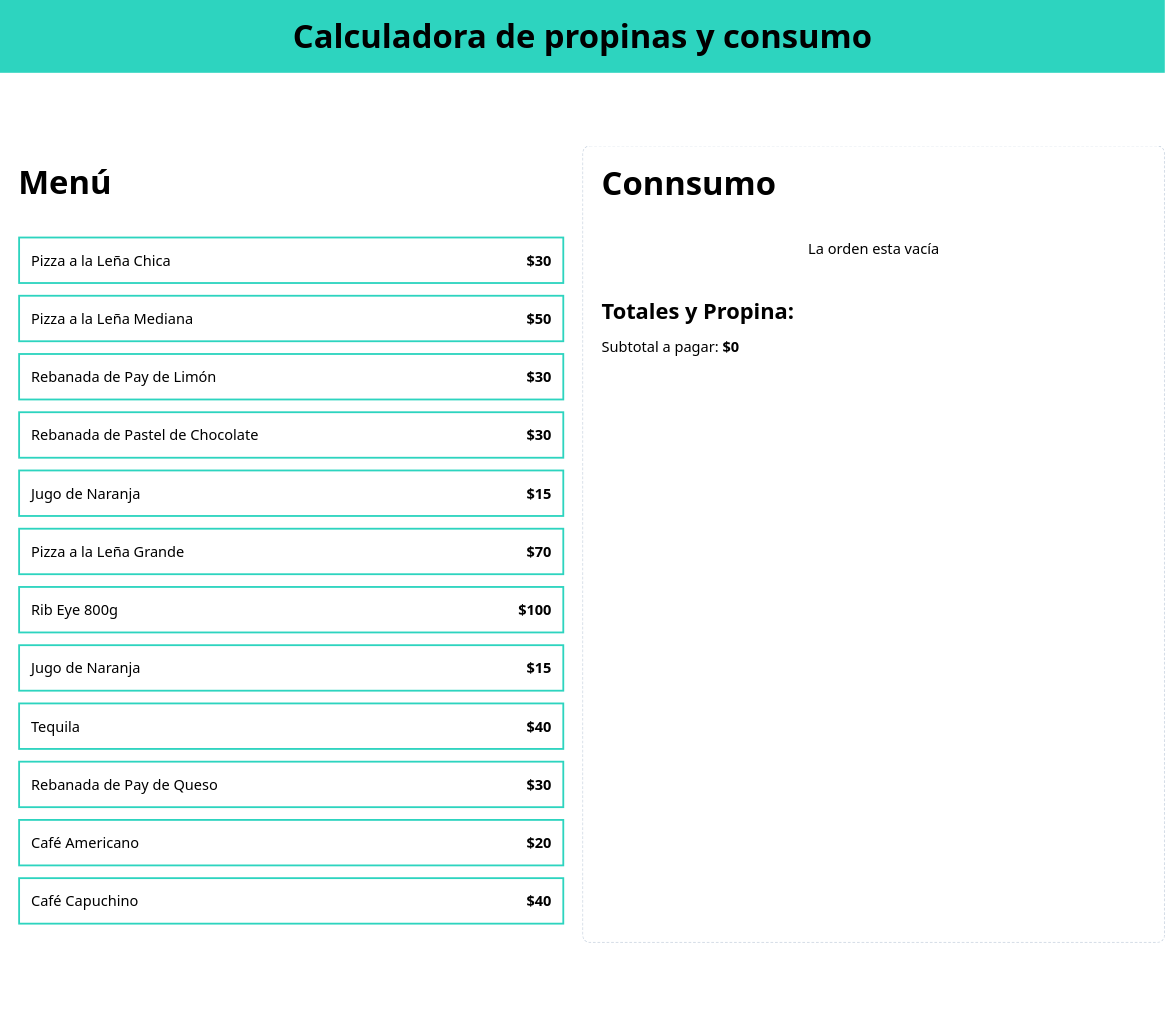
Repository: Samuel-Leal96/calculador_propinas
Page: /
These files come from the project's save history. The page is drawn as it stood at one moment and after the next save; the edit follows.
The browser window is 1280 px wide. The pictures show the whole page, at 91% of full size.
The project was rebuilt for these pictures with package versions that can differ from the ones it lists, and the page was loaded fresh each time. Also part of the build but not shown: vite.config.ts.

Above is the page before, as saved 2025-10-21 18:17:29.

### index.html
<!doctype html>
<html lang="en">
  <head>
    <meta charset="UTF-8" />
    <link rel="icon" type="image/svg+xml" href="/vite.svg" />
    <meta name="viewport" content="width=device-width, initial-scale=1.0" />
    <title>calculaora_propinas</title>
  </head>
  <body>
    <div id="root"></div>
    <script type="module" src="/src/main.tsx"></script>
  </body>
</html>

### src/App.tsx
import MenuItem from "./components/MenuItem";
import OrderContents from "./components/OrderContents";
import OrderTotal from "./components/OrderTotal";
import { menuItems } from "./data/db";
import useOrder from "./hooks/useOrder";

function App() {

  const { order, addItem, removeItem } = useOrder();

  return (
    <>
      <header className="bg-teal-400 p-5">
        <h1 className="text-center text-4xl font-black">Calculadora de propinas y consumo</h1>
      </header>

      <main className="max-w-7xl mx-auto py-20 grid md:grid-cols-2">
        <div className="p-5">
          <h2 className="text-4xl font-black">Menú</h2>

          <div className="space-y-3 mt-10">
            {menuItems.map((item) => (
              <MenuItem
                key={item.id}
                item={item}
                addItem={addItem}
              />
            ))}
          </div>

        </div>

        <div className="border border-dashed border-slate-300 p-5 rounded-lg space-y-10">
            <OrderContents
              order={order}
              removeItem={removeItem}
            />

            <OrderTotal />
        </div>

      </main>
    </>
  )
}

export default App

### src/components/MenuItem.tsx
import type { MenuItem } from "../types";

type MenuItemProps = {
    item: MenuItem;
    addItem: (item: MenuItem) => void;
}

export default function MenuItem({ item, addItem }: MenuItemProps) {

    return (
        <button
            className="border-2 border-teal-400 hover:bg-teal-200 w-full p-3 flex justify-between items-center"
            onClick={ () => addItem(item) }
        >
            <p>{item.name}</p>
            <p className="font-black">${item.price}</p>
        </button>
    )
}

### src/components/OrderContents.tsx
import { formatCurrency } from "../helpers"
import type { MenuItem, OrderItem } from "../types"

type OrderContentsProps = {
    order: OrderItem[],
    removeItem: (id: MenuItem['id']) => void
}

export default function OrderContents({ order, removeItem }: OrderContentsProps) {
    return (
        <div>
            <h2 className='font-black text-4xl'>Connsumo</h2>

            <div className="space-y-3 mt-10">
                {order.length === 0 ?
                    <p className="text-center">La orden esta vacía</p>
                    : (
                        order.map(item => (
                            <div key={item.id}
                                className="flex justify-between items-center border-t border-gray-200 py-5 last-of-type:border-b"
                            >
                                <div>
                                    <p className="text-lg">
                                        {item.name} - {formatCurrency(item.price)}
                                    </p>
                                    <p className="font-black">
                                        {item.quantity} - {formatCurrency(item.price * item.quantity)}
                                    </p>
                                </div>

                                <button
                                    className="bg-red-800 h-8 w-8 rounded-full text-white font-black"
                                    onClick={() => removeItem(item.id)}
                                > X </button>

                            </div>
                        ))
                    )
                }
            </div>
        </div>
    )
}

### src/components/OrderTotal.tsx

export default function OrderTotal() {
  return (
    <>
        <div className="space-y-3">
            <h2 className="font-black text-2xl">Totales y Propina:</h2>
            <p>Subtotal a pagar: {''}
                <span className="font-bold">$0</span>
            </p>
        </div>

        <button>

        </button>
    </>
  )
}

### src/data/db.ts
import type { MenuItem } from "../types";

export const menuItems: MenuItem[] = [
    {
      "id": 1,
      "name": "Pizza a la Leña Chica",
      "price": 30
    },
    {
      "id": 2,
      "name": "Pizza a la Leña Mediana",
      "price": 50
    },
    {
      "id": 3,
      "name": "Rebanada de Pay de Limón",
      "price": 30
    },
    {
      "id": 4,
      "name": "Rebanada de Pastel de Chocolate",
      "price": 30
    },
    {
      "id": 5,
      "name": "Jugo de Naranja",
      "price": 15
    },
    {
      "id": 6,
      "name": "Pizza a la Leña Grande",
      "price": 70
    },
    {
      "id": 7,
      "name": "Rib Eye 800g",
      "price": 100
    },
    {
      "id": 8,
      "name": "Jugo de Naranja",
      "price": 15
    },
    {
      "id": 9,
      "name": "Tequila",
      "price": 40
    },
    {
      "id": 10,
      "name": "Rebanada de Pay de Queso",
      "price": 30
    },
    {
      "id": 11,
      "name": "Café Americano",
      "price": 20
    },
    {
      "id": 12,
      "name": "Café Capuchino",
      "price": 40
    }
]

### src/hooks/useOrder.ts
import { useState } from "react";
import type { MenuItem, OrderItem } from "../types";

export default function useOrder() {
    const [order, setOrder] = useState<OrderItem[]>([]);

    const addItem = (item: MenuItem) => {

        const itemExists = order.find((orderItem) => orderItem.id === item.id);

        if(itemExists) {
            const updateOrder = order.map( orderItem => orderItem.id === item.id ?
                 {...orderItem, quantity: orderItem.quantity + 1} : orderItem );
                setOrder(updateOrder);
        }else{
            const newItem = { ...item, quantity: 1 }
            setOrder([...order, newItem]);
        }

    }

    const removeItem = (id: MenuItem['id']) => {
        setOrder(order.filter( item => item.id !== id ))
    }

    return {
        order,
        addItem,
        removeItem
    }
}

### src/helpers/index.ts
export function formatCurrency(quantity: number){
    return new Intl.NumberFormat('en-US', {
        style: 'currency', currency: 'USD'
    }).format(quantity)
}

Loaded but not shown: src/main.tsx (common file); src/index.css (common file); tailwind.config.js (common file)

After the next save:
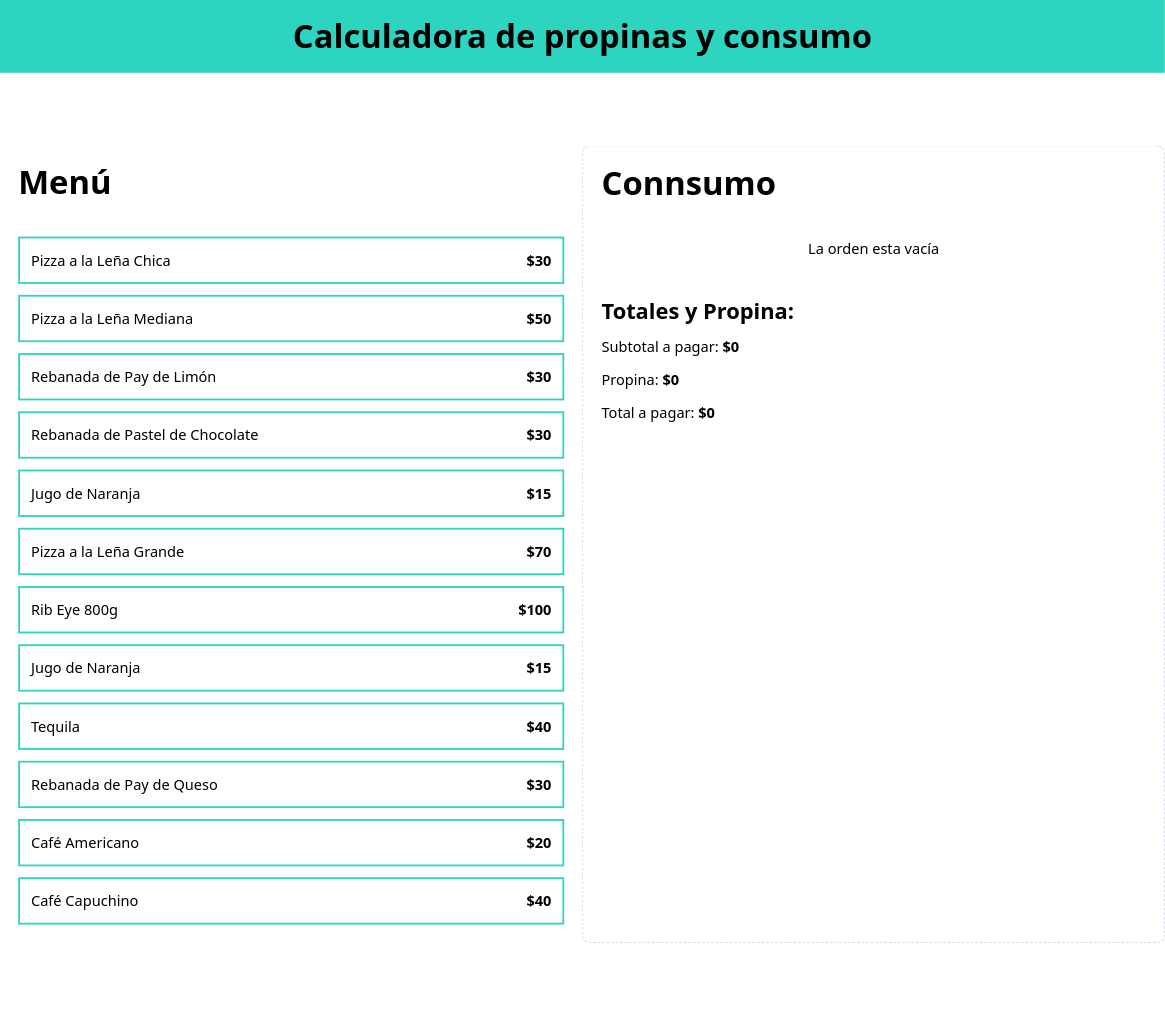
Saved 44 s later.
--- a/src/components/OrderTotal.tsx
+++ b/src/components/OrderTotal.tsx
@@ -5,6 +5,14 @@ export default function OrderTotal() {
         <div className="space-y-3">
             <h2 className="font-black text-2xl">Totales y Propina:</h2>
             <p>Subtotal a pagar: {''}
+                <span className="font-bold">$0</span>
+            </p>
+
+            <p>Propina: {''}
+                <span className="font-bold">$0</span>
+            </p>
+
+            <p>Total a pagar: {''}
                 <span className="font-bold">$0</span>
             </p>
         </div>
